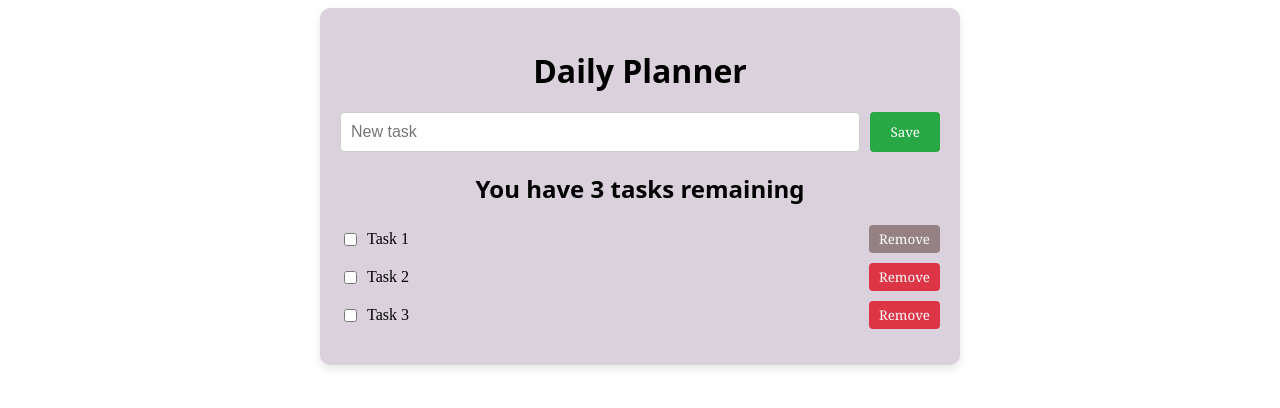
Repository: k8ANStar/lab04-daily-planner
Page: /
The author's editor kept a copy of each file at every save. The page is drawn from the files as they stood at one save, then again after the next save.
The browser window is 1280 px wide. The pictures show the whole page.
The pointer rests on the first visible `.remove-btn`.
The project was rebuilt for these pictures with package versions that can differ from the ones it lists, and the page was loaded fresh each time. Also part of the build but not shown: vite.config.js.

Above is the page before, as saved 2024-10-13 12:40:11.

After the next save:
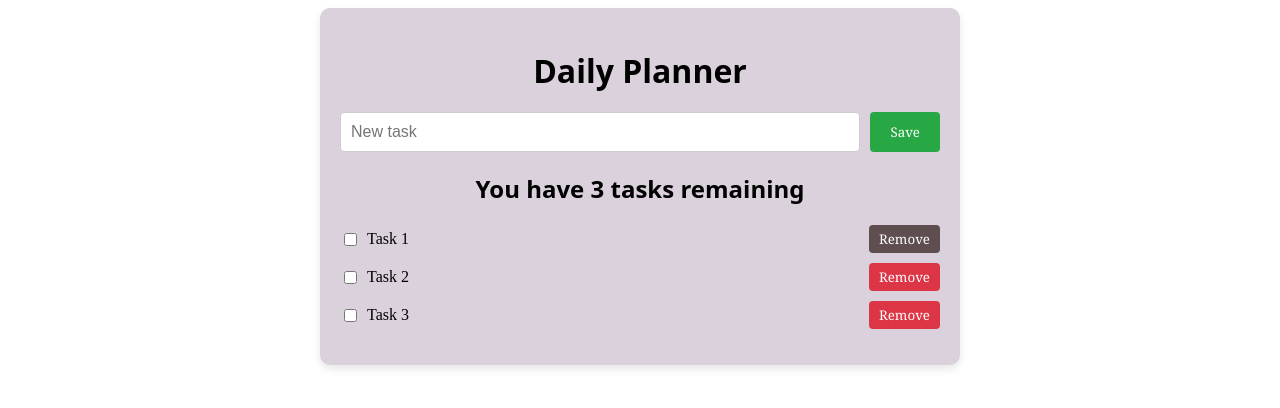
Saved 4 s later.
--- a/src/App.css
+++ b/src/App.css
@@ -80,5 +80,5 @@ h2 {
 }
 
 .remove-btn:hover {
-	background-color: #958183;
+	background-color: #5e4e4f;
 }
